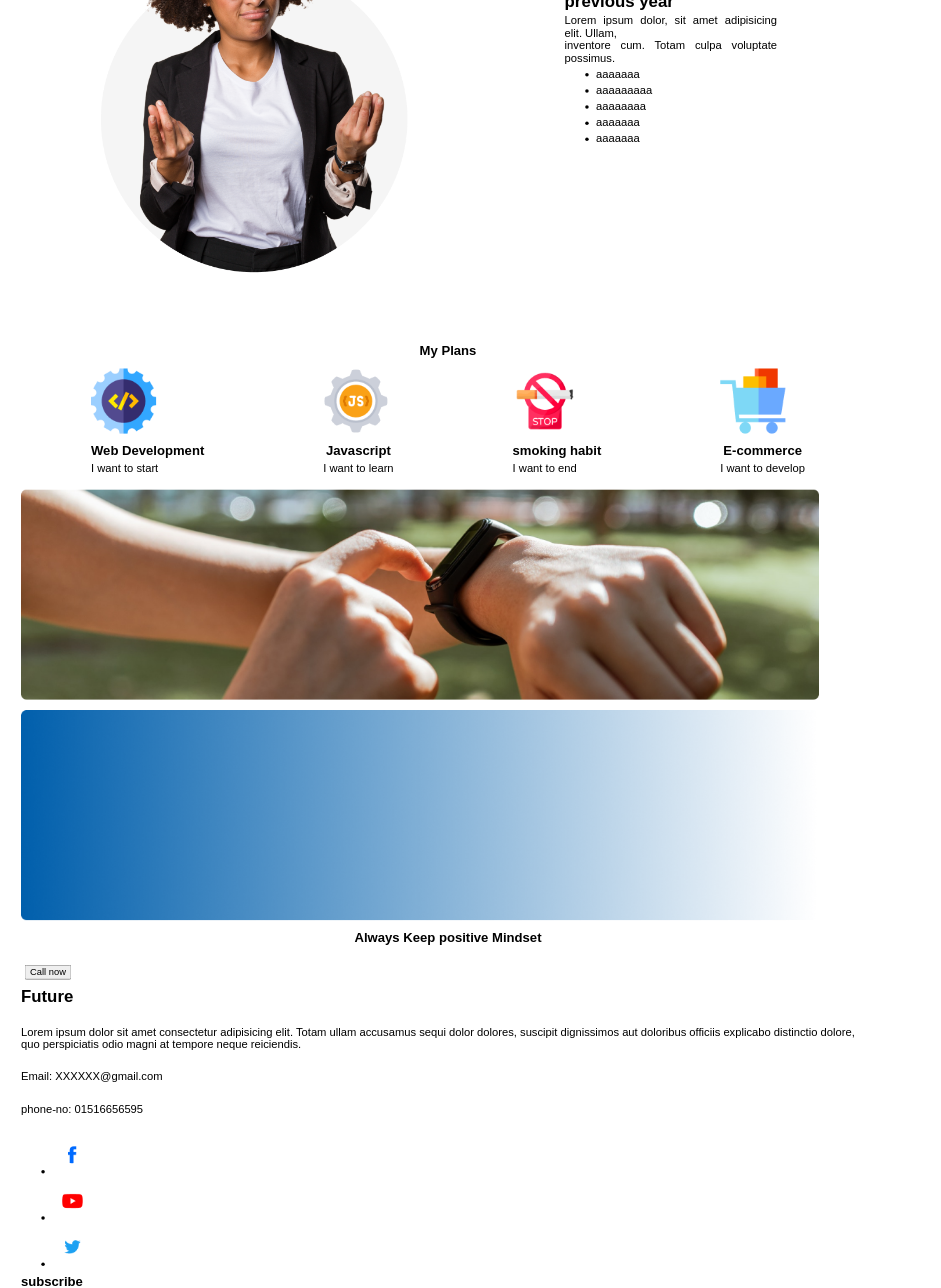
Repository: sadiaafsana138/All-Thinks-Are-Possible-Website
Page: index.html
The author's editor kept a copy of each file at every save. The page is drawn from the files as they stood at one save, then again after the next save.
The browser window is 1280 px wide. The page is 1344 px wide, so the pictures cover 1344 px, including what lies to the right of the window. The pictures show the part of the page from y = 1039 to 2879 px (the page is 2975 px tall), at 70% of full size.

Above is the page before, as saved 2023-01-08 11:05:51.

After the next save:
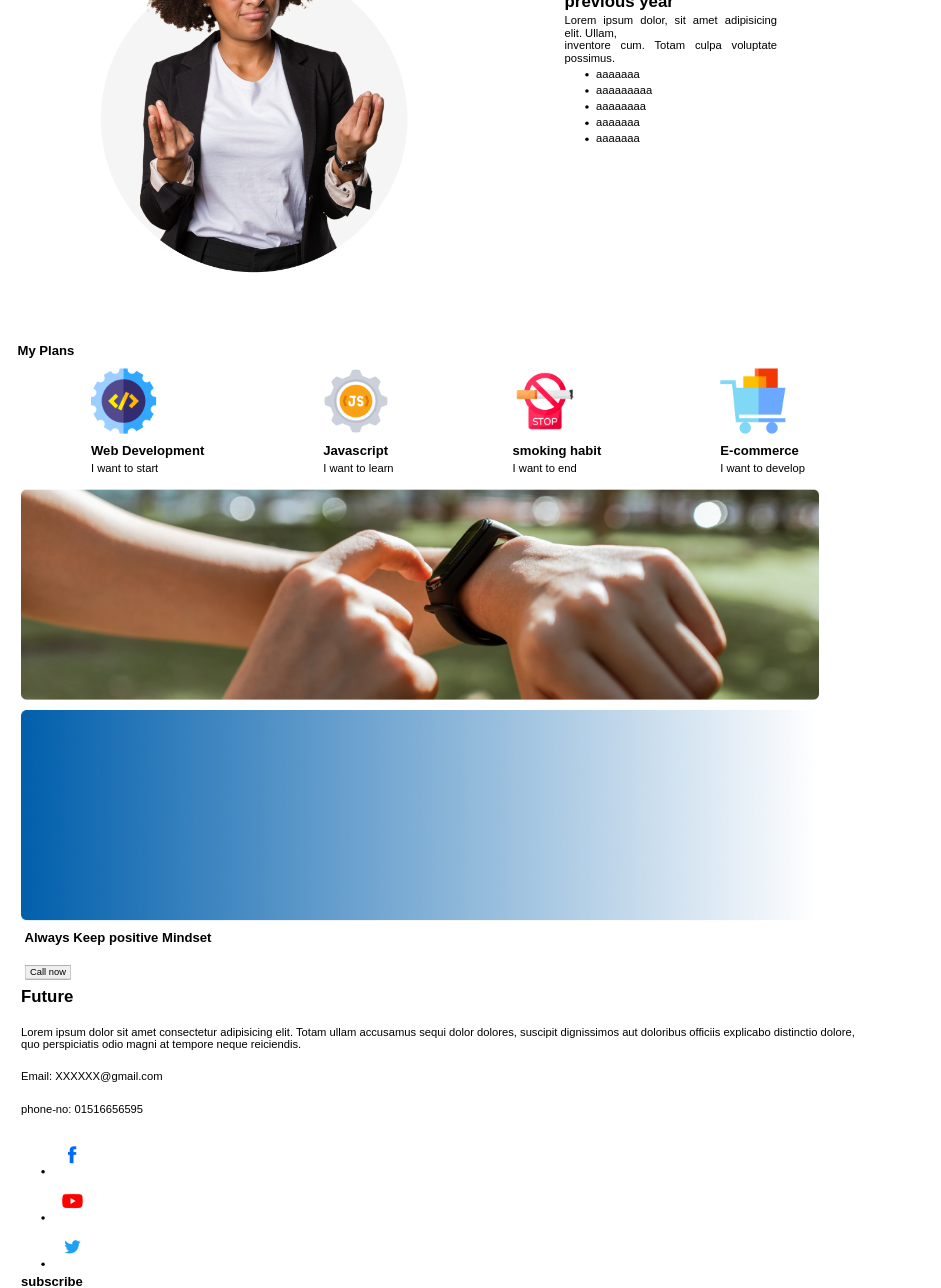
Saved 76 s later.
--- a/styles/web.css
+++ b/styles/web.css
@@ -58,8 +58,8 @@
         margin-top: 17%;
         margin-bottom: 20%;
 }
-.section3 h3{
-   text-align: center;
+.section3 h3,img{
+   align: center;
 }
 #sec3details{
     display: flex;

After the save that followed:
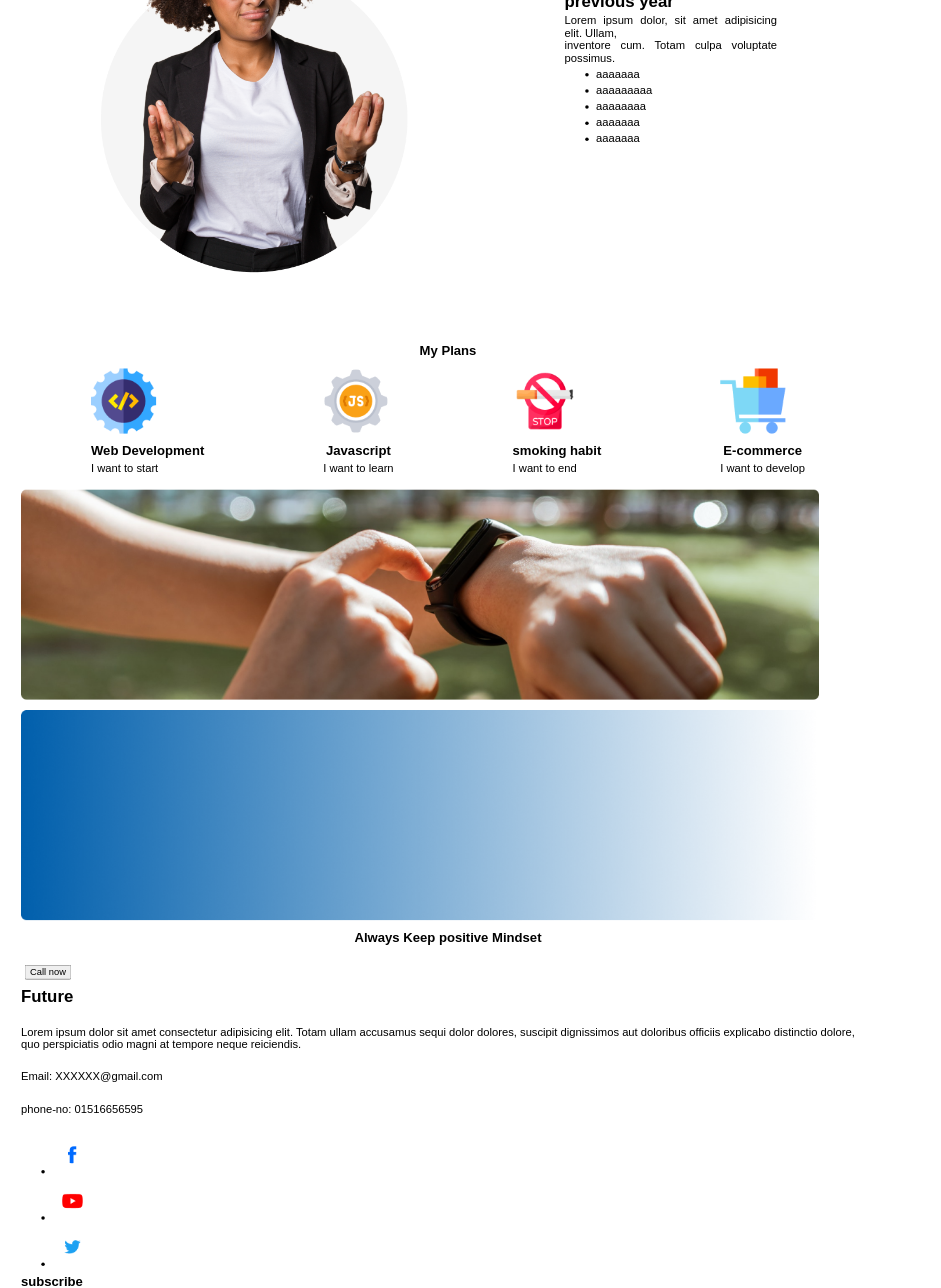
Saved 62 s later.
--- a/styles/web.css
+++ b/styles/web.css
@@ -58,8 +58,11 @@
         margin-top: 17%;
         margin-bottom: 20%;
 }
-.section3 h3,img{
-   align: center;
+.section3 h3{
+   text-align: center;
+}
+.section3 img{
+    align-items: center;
 }
 #sec3details{
     display: flex;
